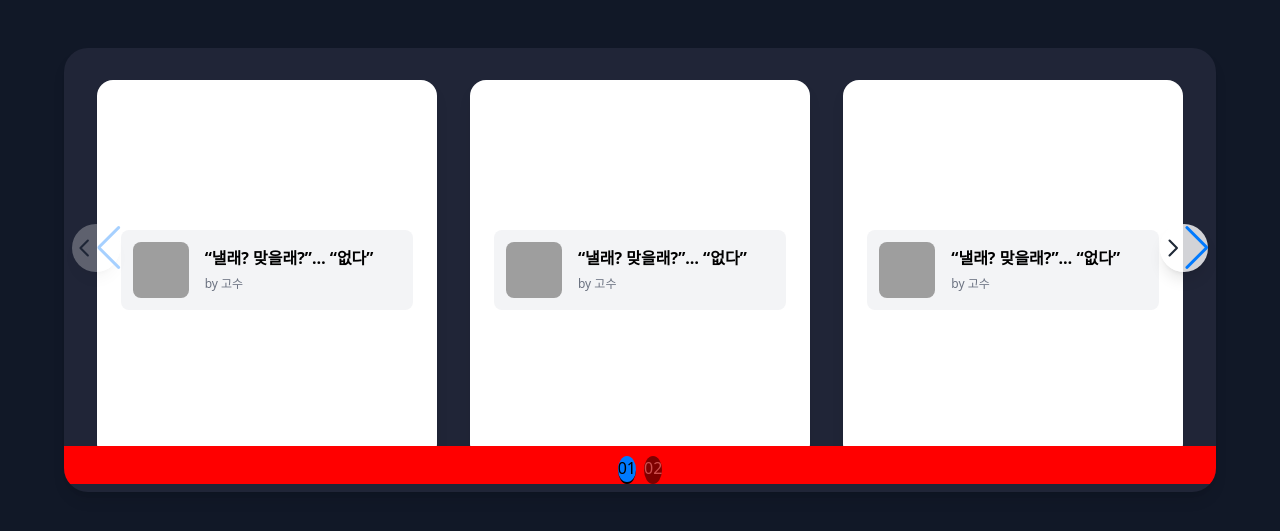
Repository: hyerim1234/travelblog
Page: html/slide2.html
These files come from the project's save history. The page is drawn as it stood at one moment and after the next save; the edit follows.
The browser window is 1280 px wide. The pictures show the whole page.
Pictures or frames that could not be fetched are drawn as grey boxes. Some web libraries are served in a nearby version.

Above is the page before, as saved 2025-06-05 13:24:44.

### html/slide2.html
<!DOCTYPE html>
<html lang="ko">
<head>
  <meta charset="UTF-8" />
  <meta name="viewport" content="width=device-width, initial-scale=1.0"/>
  <title>슬라이드 박스 그룹형 브런치 슬라이더</title>
  <script src="https://cdn.tailwindcss.com"></script>
  <link rel="stylesheet" href="https://unpkg.com/swiper/swiper-bundle.min.css" />
  <style>
    .swiper-container { overflow: hidden; }
    .swiper-pagination {
      display: flex !important;
      justify-content: center;
      /* margin-top: 1.5rem !important; */
    background-color: red;
      padding-top: 10px !important;
    }
    .swiper-pagination-bullet {
      width: auto;
      height: auto;
      opacity: 0.5;
      color: #999;
      margin: 0 0.25rem;
      font-size: 1rem;
      padding-bottom: 0.15rem;
      cursor: pointer;
      border-radius: auto;
    }
    .swiper-pagination-bullet-active {
      opacity: 1;
      color: #000;
      border-bottom: 2px solid #000;
    }
    .swiper-button-prev, .swiper-button-next {
      top: 50% !important;
      transform: translateY(-50%);
    }
  </style>
</head>
<body class="bg-gray-900">

  <section class="py-12 overflow-x-hidden">
    <div class="container mx-auto px-4">
      <div class="flex justify-center">
        <!-- 3개 슬라이드+네비를 감싸는 긴 배경 박스 -->
        <div class="relative w-full max-w-6xl bg-[#202537] rounded-3xl shadow-lg px-8 py-8 overflow-hidden">
          <div class="swiper-container">
            <div class="swiper-wrapper">
              <!-- ...슬라이드 반복(아래 예시) -->
              <div class="swiper-slide flex justify-center">
                <div class="bg-white rounded-2xl shadow-lg w-[340px] h-[380px] flex flex-col justify-center gap-4 p-6">
                  <!-- 카드 내용... -->
                  <div class="flex items-center gap-4 bg-gray-100 rounded-lg p-3">
                    <img src="https://picsum.photos/id/1069/60/60" class="rounded-lg w-14 h-14 object-cover" />
                    <div>
                      <p class="font-semibold">“낼래? 맞을래?”… “없다”</p>
                      <span class="text-xs text-gray-500">by 고수</span>
                    </div>
                  </div>
                  <!-- ...이하 동일하게 카드 채우기 -->
                </div>
              </div>
              <!-- 슬라이드 박스 2~6... 동일하게 복붙 -->
               <div class="swiper-slide flex justify-center">
                <div class="bg-white rounded-2xl shadow-lg w-[340px] h-[380px] flex flex-col justify-center gap-4 p-6">
                  <!-- 카드 내용... -->
                  <div class="flex items-center gap-4 bg-gray-100 rounded-lg p-3">
                    <img src="https://picsum.photos/id/1069/60/60" class="rounded-lg w-14 h-14 object-cover" />
                    <div>
                      <p class="font-semibold">“낼래? 맞을래?”… “없다”</p>
                      <span class="text-xs text-gray-500">by 고수</span>
                    </div>
                  </div>
                  <!-- ...이하 동일하게 카드 채우기 -->
                </div>
              </div>
              <div class="swiper-slide flex justify-center">
                <div class="bg-white rounded-2xl shadow-lg w-[340px] h-[380px] flex flex-col justify-center gap-4 p-6">
                  <!-- 카드 내용... -->
                  <div class="flex items-center gap-4 bg-gray-100 rounded-lg p-3">
                    <img src="https://picsum.photos/id/1069/60/60" class="rounded-lg w-14 h-14 object-cover" />
                    <div>
                      <p class="font-semibold">“낼래? 맞을래?”… “없다”</p>
                      <span class="text-xs text-gray-500">by 고수</span>
                    </div>
                  </div>
                  <!-- ...이하 동일하게 카드 채우기 -->
                </div>
              </div>

              <div class="swiper-slide flex justify-center">
                <div class="bg-white rounded-2xl shadow-lg w-[340px] h-[380px] flex flex-col justify-center gap-4 p-6">
                  <!-- 카드 내용... -->
                  <div class="flex items-center gap-4 bg-gray-100 rounded-lg p-3">
                    <img src="https://picsum.photos/id/1069/60/60" class="rounded-lg w-14 h-14 object-cover" />
                    <div>
                      <p class="font-semibold">“낼래? 맞을래?”… “없다”</p>
                      <span class="text-xs text-gray-500">by 고수</span>
                    </div>
                  </div>
                  <!-- ...이하 동일하게 카드 채우기 -->
                </div>
              </div>

              <div class="swiper-slide flex justify-center">
                <div class="bg-white rounded-2xl shadow-lg w-[340px] h-[380px] flex flex-col justify-center gap-4 p-6">
                  <!-- 카드 내용... -->
                  <div class="flex items-center gap-4 bg-gray-100 rounded-lg p-3">
                    <img src="https://picsum.photos/id/1069/60/60" class="rounded-lg w-14 h-14 object-cover" />
                    <div>
                      <p class="font-semibold">“낼래? 맞을래?”… “없다”</p>
                      <span class="text-xs text-gray-500">by 고수</span>
                    </div>
                  </div>
                  <!-- ...이하 동일하게 카드 채우기 -->
                </div>
              </div>

              <div class="swiper-slide flex justify-center">
                <div class="bg-white rounded-2xl shadow-lg w-[340px] h-[380px] flex flex-col justify-center gap-4 p-6">
                  <!-- 카드 내용... -->
                  <div class="flex items-center gap-4 bg-gray-100 rounded-lg p-3">
                    <img src="https://picsum.photos/id/1069/60/60" class="rounded-lg w-14 h-14 object-cover" />
                    <div>
                      <p class="font-semibold">“낼래? 맞을래?”… “없다”</p>
                      <span class="text-xs text-gray-500">by 고수</span>
                    </div>
                  </div>
                  <!-- ...이하 동일하게 카드 채우기 -->
                </div>
              </div>
              <!-- ... -->
            </div>
            <!-- 네비/페이지네이션은 swiper-container 안쪽에 위치 -->
            <button class="swiper-button-prev absolute top-1/2 left-2 z-10 w-12 h-12 bg-white bg-opacity-80 hover:bg-opacity-100 rounded-full flex items-center justify-center shadow-lg" aria-label="Previous slide">
              <svg xmlns="http://www.w3.org/2000/svg" class="w-6 h-6 text-gray-800" fill="none" viewBox="0 0 24 24" stroke="currentColor">
                <path stroke-linecap="round" stroke-linejoin="round" stroke-width="2" d="M15 19l-7-7 7-7" />
              </svg>
            </button>
            <button class="swiper-button-next absolute top-1/2 right-2 z-10 w-12 h-12 bg-white bg-opacity-80 hover:bg-opacity-100 rounded-full flex items-center justify-center shadow-lg" aria-label="Next slide">
              <svg xmlns="http://www.w3.org/2000/svg" class="w-6 h-6 text-gray-800" fill="none" viewBox="0 0 24 24" stroke="currentColor">
                <path stroke-linecap="round" stroke-linejoin="round" stroke-width="2" d="M9 5l7 7-7 7" />
              </svg>
            </button>
            <div class="swiper-pagination"></div>
          </div>
        </div>
      </div>
    </div>
  </section>

  <script src="https://unpkg.com/swiper/swiper-bundle.min.js"></script>
  <script>
    const swiper = new Swiper('.swiper-container', {
      slidesPerView: 3,
      slidesPerGroup: 3,
      spaceBetween: 32,
      centeredSlides: false,
      navigation: {
        nextEl: '.swiper-button-next',
        prevEl: '.swiper-button-prev',
      },
      pagination: {
        el: '.swiper-pagination',
        clickable: true,
        renderBullet: (idx, className) => {
          const num = idx+1 < 10 ? '0'+(idx+1) : (idx+1);
          return `<span class="${className}">${num}</span>`;
        },
      },
      breakpoints: {
        1280: { slidesPerView: 3, slidesPerGroup: 3, spaceBetween: 32 },
        1024: { slidesPerView: 2, slidesPerGroup: 2, spaceBetween: 24 },
        640:  { slidesPerView: 1, slidesPerGroup: 1, spaceBetween: 16 },
      },
    });
  </script>
</body>
</html>

After the next save:
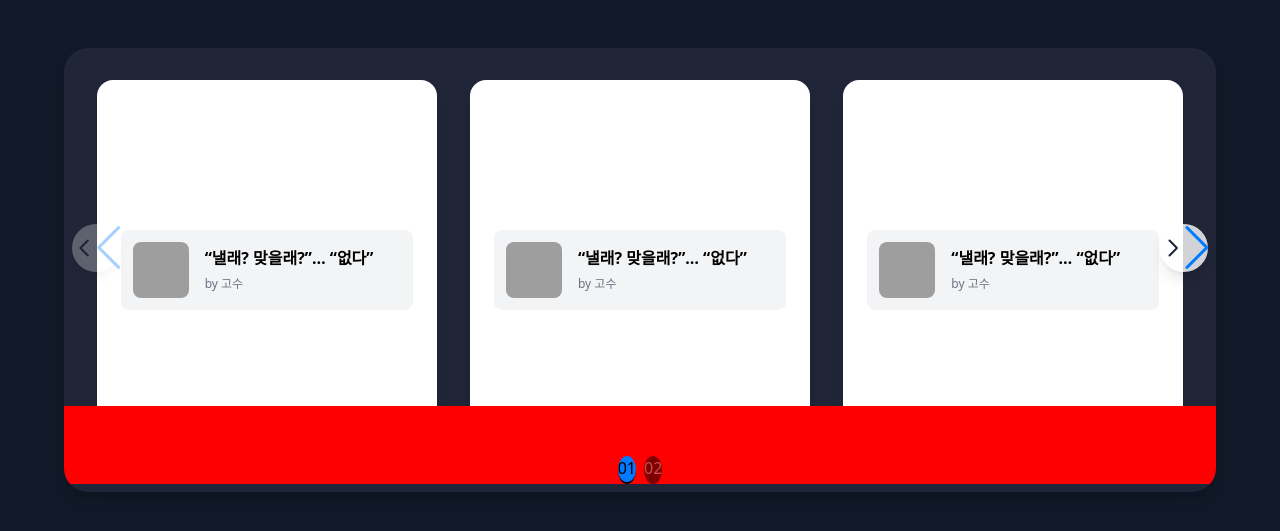
Saved 5 s later.
--- a/html/slide2.html
+++ b/html/slide2.html
@@ -13,7 +13,7 @@
       justify-content: center;
       /* margin-top: 1.5rem !important; */
     background-color: red;
-      padding-top: 10px !important;
+      padding-top: 50px !important;
     }
     .swiper-pagination-bullet {
       width: auto;
